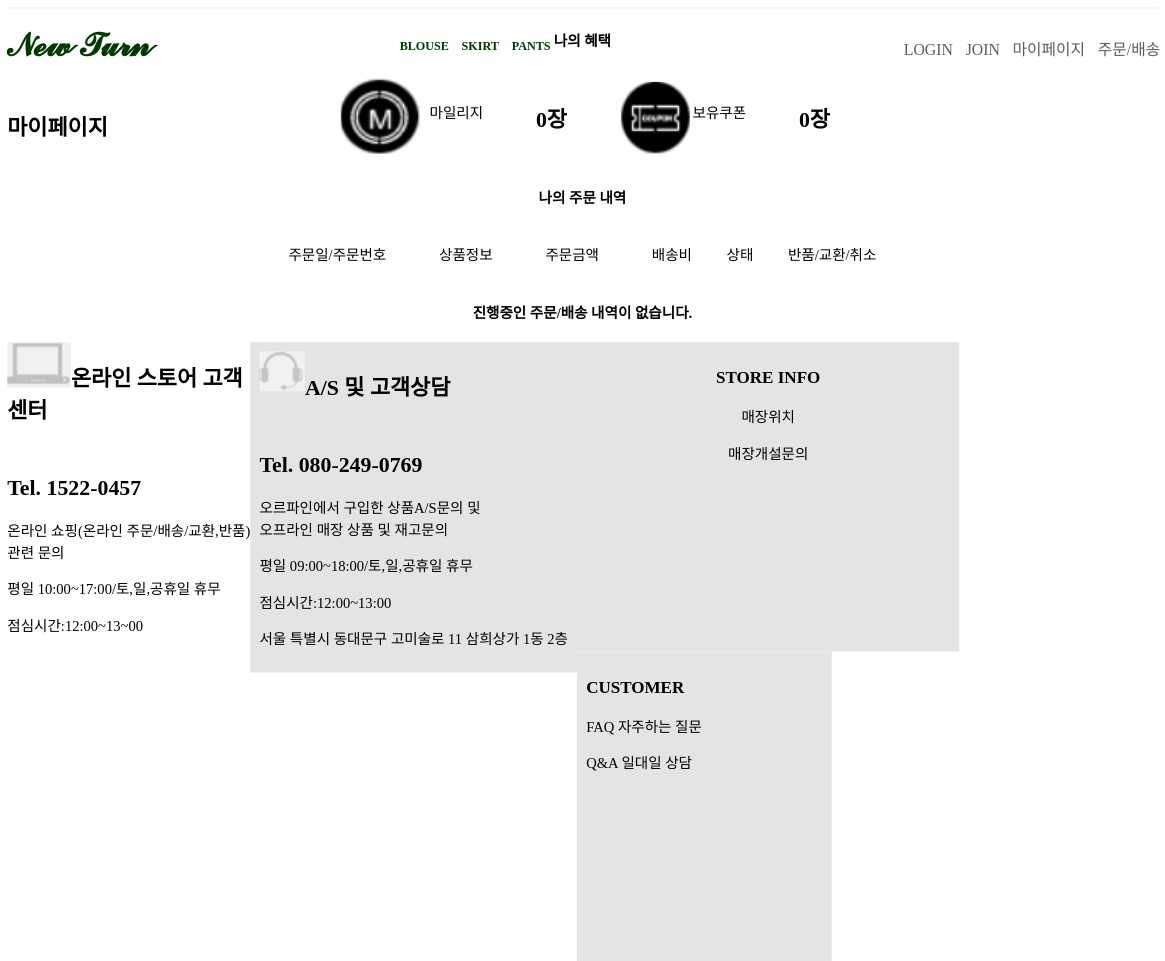
Repository: won0108/Port-Folio
Page: Creating_Homepage/Shopping/WebContent/마이페이지.html
The author's editor kept a copy of each file at every save. The page is drawn from the files as they stood at one save, then again after the next save.
The browser window is 1280 px wide. The pictures show the whole page, at 91% of full size.

Above is the page before, as saved 2020-12-03 08:21:25.

### Creating_Homepage/Shopping/WebContent/마이페이지.html
<!DOCTYPE html>
<html>
<head>  <!--웹페이지에 대한 정보를 제공한다.-->
<title> New Turn </title>   <!--탭에 New Turn을 나타낸다.-->
<style>
 @font-face{
 		font-family:"My Font";
 		src: url("fontstyle/ENCOSCPT.TTF");
 	}
 	h1{
   	color:#003900;
   	position:fixed;
   	top: 0px;
   	left:10px;
   	font-family:"My Font", serif;
   	font-size: 30pt;
   }
   #infor{
   position:fixed;
   top:40px; right:0px;
   }
   #infor a{
   text-decoration:none;
   color:#5D5D5D;
   font-size:13pt;
   display: inline;
   padding :5px;
   }
   #infor a:hover{
   tex-decoration:underline;
   color: black;
   text-weight:bold;
   }
   #categ{
   position:fixed;
   top:25px; right:670px;
   }
   #categ ul li{
   display: inline;
   }
   #categ ul li a{
   text-decoration:none;
   color:#003900;
   font-size:10pt;
   font-weight:bold;
   text-transform:uppercase;
   padding :5px;
   }
   #categ ul li a:hover{
   tex-decoration:underline; color: black;
   }
</style>
</head>
<body>
 <form>
 <h1> New Turn </h1>
 <div id="infor">
  <a href="로그인.html">LOGIN</a> <!--다른 페이지로 이동한다.-->
  <a href="회원가입 창.html">JOIN</a>
  <a href="마이페이지.html">마이페이지</a>
  <a href="">주문/배송</a></div>
 <div id="categ">
		<ul>
			<li><a href="top.html">BLOUSE</a></li>
			<li><a href="skirt.html">SKIRT</a></li>
			<li><a href="pants.html">PANTS</a></li>
		</ul>
	</div>

<h2 style="position: absolute; top: 100px;" align="center">마이페이지</h2>
<hr color="#F6F6F6">
<h4 align="center">나의 혜택</h4>
<table align="center">
<tr><td><img src="마일.png" width="100" height="100" align="middle">
마일리지</td><td><img src="공백.png" width="50" height="50"></td>
<td><h2>0장</h2></td><td><img src="공백.png" width="50" height="50"></td>
<td><img src="보유쿠폰.png" width="80" height="80" align="middle">보유쿠폰</td>
<td><img src="공백.png" width="50" height="50"></td>
<td><h2>0장</h2></td>
</tr></table>
<h4 align="center">나의 주문 내역</h4>
<table align="center">
<tr><td> 주문일/주문번호</td>
<td><img src="공백.png" width="50" height="50"></td>
<td>상품정보</td>
<td><img src="공백.png" width="50" height="50"></td><td>주문금액</td>
<td><img src="공백.png" width="50" height="50"></td><td>배송비</td>
<td><img src="공백.png" width="30" height="50"></td><td>상태</td>
<td><img src="공백.png" width="30" height="50"></td><td>반품/교환/취소</td></tr></table>
<h4 align="center">진행중인 주문/배송 내역이 없습니다.</h4>

<div id=footer style="float:left;">
<img src="노트북.png" width="70px" height="50px" style="float:left;">
<h2>온라인 스토어 고객센터</h2><br>
<h2><em5>Tel</em5>. 1522-0457</h2>
<p>온라인 쇼핑(온라인 주문/배송/교환,반품)<br> 관련 문의</p>
<p>평일 10:00~17:00/토,일,공휴일 휴무</p><p>점심시간:12:00~13~00</p>
<p>&nbsp</p></div>
<div style="background-color:#E4E4E4; float:left; padding:10px;">
<img src="헤드폰.png" width="50px; height="50px" style="float:left;">
<h2>A/S 및 고객상담</h2><br>
<h2><em5>Tel</em5>. 080-249-0769</h2>
<p>오르파인에서 구입한 상품A/S문의 및<br>오프라인 매장 상품 및 재고문의</p>
<p>평일 09:00~18:00/토,일,공휴일 휴무</p>
<p>점심시간:12:00~13:00</p>
<p>서울 특별시 동대문구 고미술로 11 삼희상가 1동 2층</p>
</div>
<div style="background-color:#E4E4E4; width:400px; height:320px; float:left; text-align:center; padding:10px;">
<h3>STORE INFO</h3>
<p>매장위치</p>
<p>매장개설문의</p>
</div>
<div style="background-color:#E4E4E4; width:260px; height:320px; float:left; padding:10px;">
<h3>CUSTOMER</h3>
<p>FAQ 자주하는 질문</p>
<p>Q&A 일대일 상담</p></div>
</html>

After the next save:
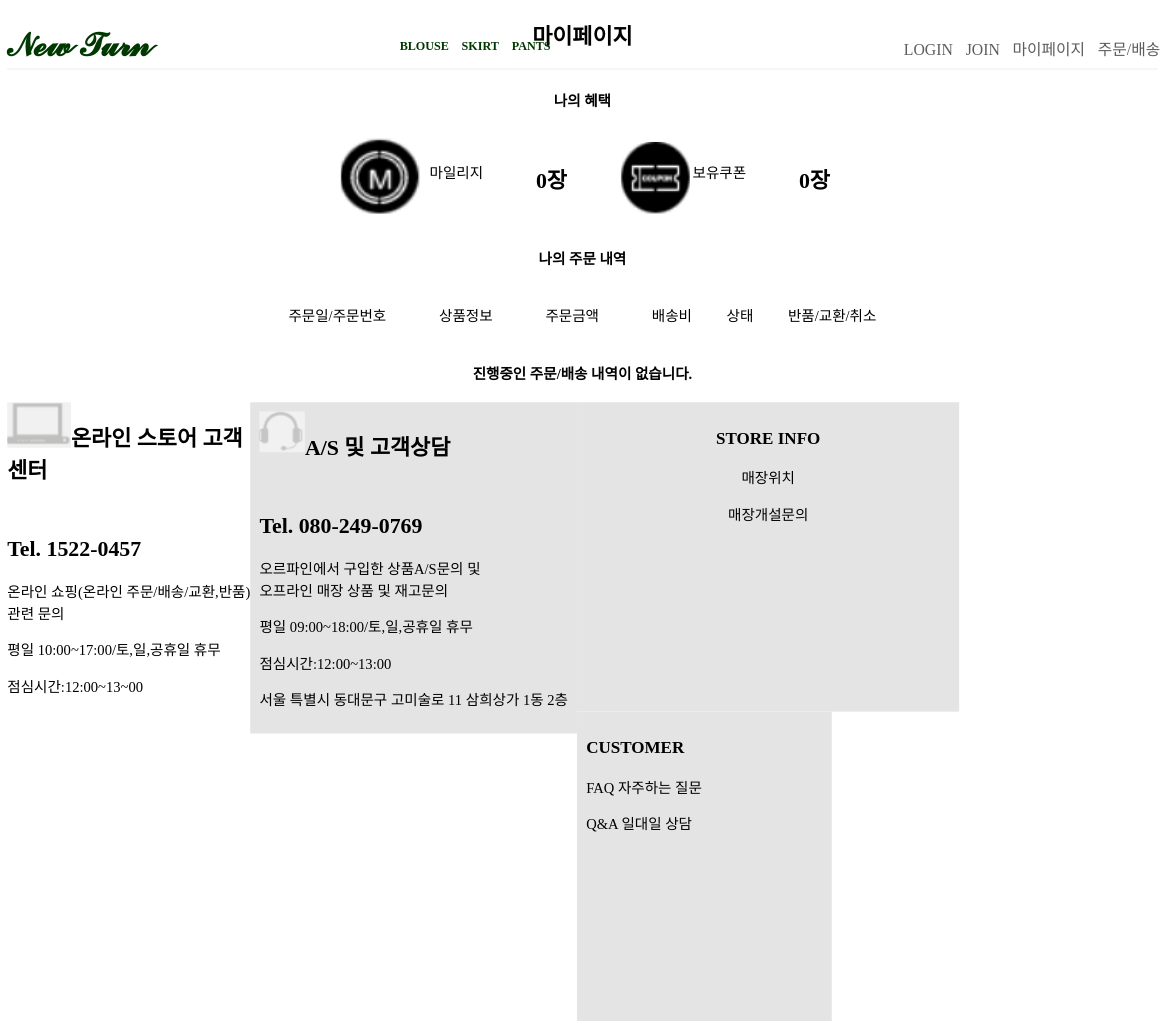
Saved 18 s later.
--- a/Creating_Homepage/Shopping/WebContent/마이페이지.html
+++ b/Creating_Homepage/Shopping/WebContent/마이페이지.html
@@ -67,7 +67,7 @@
 		</ul>
 	</div>
 
-<h2 style="position: absolute; top: 100px;" align="center">마이페이지</h2>
+<h2 style="top: 100px;" align="center">마이페이지</h2>
 <hr color="#F6F6F6">
 <h4 align="center">나의 혜택</h4>
 <table align="center">

After the 2 saves that followed:
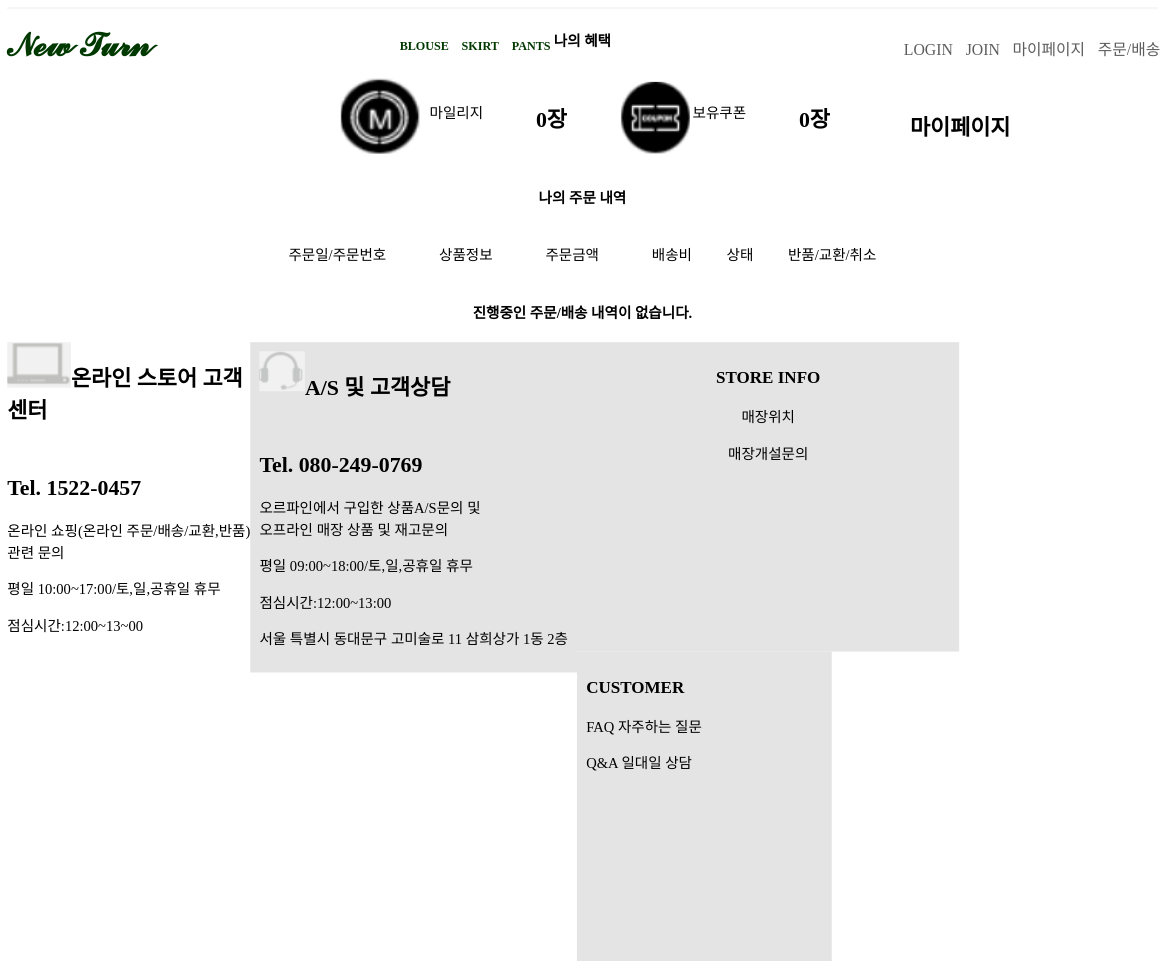
The 2 saves are shown as one change because 1 left the picture as it was.
The last was saved 48 s later.
--- a/Creating_Homepage/Shopping/WebContent/마이페이지.html
+++ b/Creating_Homepage/Shopping/WebContent/마이페이지.html
@@ -67,7 +67,7 @@
 		</ul>
 	</div>
 
-<h2 style="top: 100px;" align="center">마이페이지</h2>
+<h2 style="position: absolute; top: 100px; left: 1000px;">마이페이지</h2>
 <hr color="#F6F6F6">
 <h4 align="center">나의 혜택</h4>
 <table align="center">
